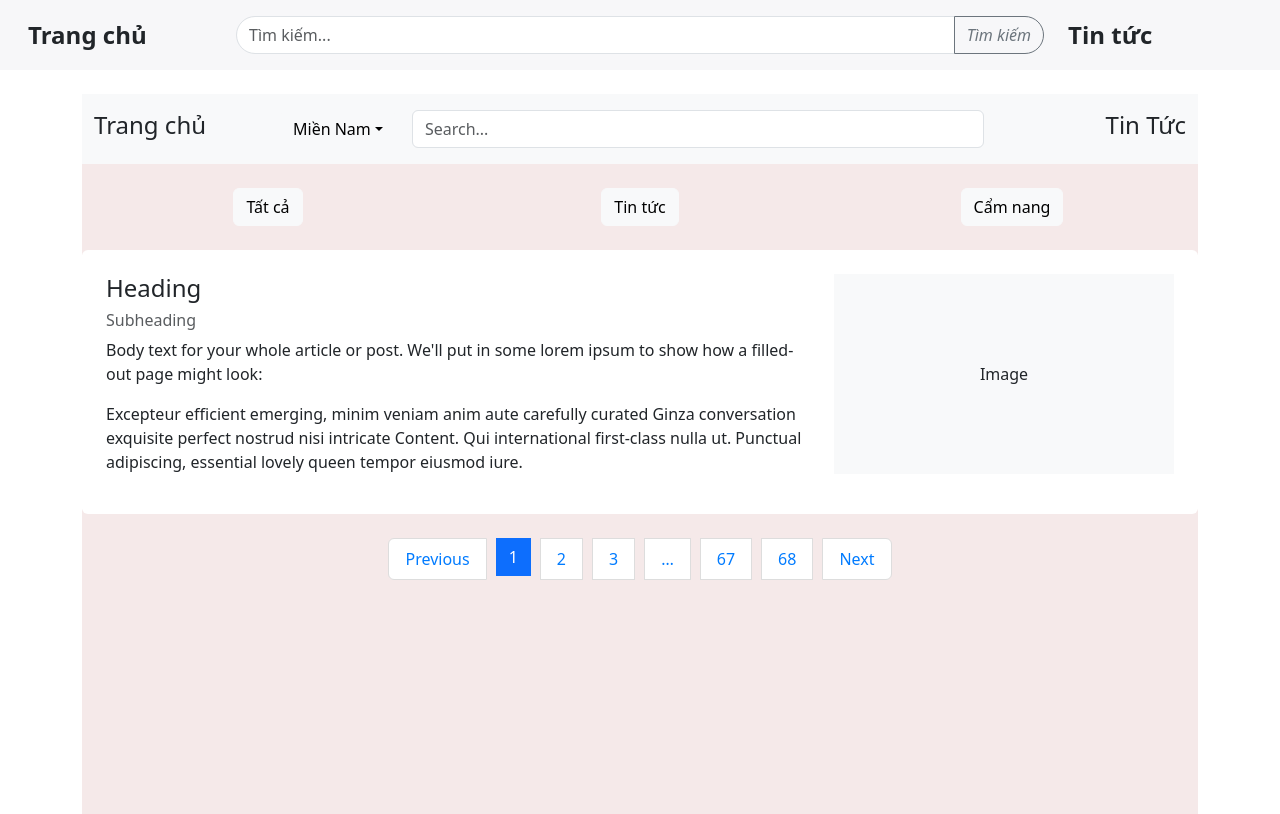
Repository: Minh23122003/qlDuAnPhanMem
Page: /news (app in frontend/)
An editor plug-in stored every save of this project. The page is shown before and after the next save, followed by the edit.
The browser window is 1280 px wide. The pictures show the whole page.
The project was rebuilt for these pictures with package versions that can differ from the ones it lists, and the page was loaded fresh each time. Also part of the build but not shown: frontend/src/components/Home.js, frontend/src/service/WebSocketService.js, frontend/src/components/Notifications.js, frontend/src/layout/Footer.js, frontend/src/configs/Apis.js, frontend/src/components/Relativeparkcard.js, frontend/src/components/Receipt/ReceiptList.css, frontend/src/components/merchandisecabinet.js and 13 more.

Above is the page before, as saved 2024-09-06 16:49:28.

### frontend/src/index.js
import React from 'react';
import ReactDOM from 'react-dom/client';
import './index.css';
import App from './App';
import reportWebVitals from './reportWebVitals';
import { ToastContainer, toast } from 'react-toastify';
import 'react-toastify/dist/ReactToastify.css';
const root = ReactDOM.createRoot(document.getElementById('root'));
root.render(
    <React.StrictMode>
        <App />
        <ToastContainer
            position="top-center"
            autoClose={5000}
            hideProgressBar={false}
            newestOnTop={false}
            closeOnClick
            rtl={false}
            pauseOnFocusLoss
            draggable
            pauseOnHover
            theme="light"
            transition="Bounce"
        />
    </React.StrictMode>,
);

// If you want to start measuring performance in your app, pass a function
// to log results (for example: reportWebVitals(console.log))
// or send to an analytics endpoint. Learn more: https://bit.ly/CRA-vitals
reportWebVitals()

### frontend/src/index.css
body {
  margin: 0;
  font-family: -apple-system, BlinkMacSystemFont, 'Segoe UI', 'Roboto', 'Oxygen',
    'Ubuntu', 'Cantarell', 'Fira Sans', 'Droid Sans', 'Helvetica Neue',
    sans-serif;
  -webkit-font-smoothing: antialiased;
  -moz-osx-font-smoothing: grayscale;
  background-color: #f8d7da;
}

code {
  font-family: source-code-pro, Menlo, Monaco, Consolas, 'Courier New',
    monospace;
}

### frontend/src/App.js
import { BrowserRouter, Route, Routes, Navigate } from 'react-router-dom';
import Home from './components/Home';
import Footer from './layout/Footer';
import Header from './layout/Header';
import 'bootstrap/dist/css/bootstrap.min.css';
import { Container } from 'react-bootstrap';
import Relativeparkcard from './components/Relativeparkcard';
import MerchandiseCabinet from './components/merchandisecabinet';
import Service from './components/Service';
import Notifications from './components/Notifications';
import ReceiptList from './components/Receipt/ReceiptList';
import Login from './components/Login';
import UserContext from './contexts/UserContext';
import UserReducer from './reducers/UserReducer';
import Cookies from 'js-cookie';
import { useReducer } from 'react';
import Feedback from './components/Feedback';
import Survey from './components/Survey';
import News from './components/News';
import ChatApp from './components/ChatApp/ChatApp';

const App = () => {
    let currentUser = null;
    if (Cookies.get('user')) currentUser = JSON.parse(Cookies.get('user'));

    const [user, dispatch] = useReducer(UserReducer, currentUser);

    return (
        <>
            <UserContext.Provider value={[user, dispatch]}>
                <BrowserRouter>
                    {/* {user && <Header />}   */}
                    { <Header />}
                    <Container>
                        <Routes>
                            <Route path="/" element={ <Home /> } />
                            {/* <Route path="/" element={user ? <Home /> : <Navigate to="/login" />} /> */}
                            <Route path="/login" element={<Login />} />
                            <Route path="/news" element={<News/>} />
                            {/* <Route path="/news" element={user ? <Relativeparkcard /> : <Navigate to="/login" />} /> */}
                            <Route path="/Notifications" element={user ? <Notifications /> : <Navigate to="/login" />} />
                            <Route path="/MerchandiseCabinet" element={user ? <MerchandiseCabinet /> : <Navigate to="/login" />} />
                            <Route path="/Service" element={user ? <Service /> : <Navigate to="/login" />} />
                            <Route path="/ReceiptList" element={user ? <ReceiptList /> : <Navigate to="/login" />} />
                            <Route path="/ChatApp" element={user ? <ChatApp /> : <Navigate to="/login" />} />
                            <Route path="/Feedback" element={user ? <Feedback /> : <Navigate to="/login" />} />
                            <Route path="/Survey" element={user ? <Survey /> : <Navigate to="/login" />} />
                        </Routes>
                    </Container>
                    {/* <Footer /> */}
                </BrowserRouter>
            </UserContext.Provider>
        </>
    );
};

export default App;

### frontend/src/layout/Header.js
import React from 'react';
import { Container, Row, Col, Button, InputGroup, FormControl, Dropdown } from 'react-bootstrap';
import './Header.css';

const Header = () => {
    return (
        <header className="p-3 mb-4">
            <Container fluid>
                <Row className="align-items-center justify-content-between">
                    <Col xs={2}>
                        <h4 className="mb-0">Trang chủ</h4>
                    </Col>

                    <Col xs={8}>
                        <InputGroup>
                            <FormControl placeholder="Tìm kiếm..." aria-label="Search" />
                            <Button variant="outline-secondary">
                                <i className="bi bi-search">Tìm kiếm</i>
                            </Button>
                        </InputGroup>
                    </Col>

                    <Col xs={2}>
                        <h4 className="mb-0">Tin tức</h4>
                    </Col>

                </Row>
            </Container>
        </header>
    );
};

export default Header;

### frontend/src/contexts/UserContext.js
import { createContext, useReducer } from 'react'

export default createContext()

### frontend/src/reducers/UserReducer.js
import Cookies from 'js-cookie'

const UserReducer = (currentState, action) => {
  switch (action.type) {
    case 'login': {
      return { ...action.payload }
    }
    case 'logout':
      Cookies.remove('token')
      Cookies.remove('user')
      return null
  }

  return currentState
}

export default UserReducer

### frontend/src/components/News.js
import React from 'react';
import { Container, Row, Col, Button, Pagination, Dropdown, Form } from 'react-bootstrap';

const NewsPage = () => {
    return (
        <div style={{ backgroundColor: '#f5e9e9', minHeight: '100vh' }}>
            <Container fluid className="bg-light py-3">
                <Row className="d-flex justify-content-between align-items-center">
                    <Col md={2}>
                        <h4>Trang chủ</h4>
                    </Col>
                    <Col md={8} className="d-flex align-items-center justify-content-center">
                        <Dropdown>
                            <Dropdown.Toggle variant="light" id="dropdown-basic">
                                Miền Nam
                            </Dropdown.Toggle>
                            <Dropdown.Menu>
                                <Dropdown.Item href="#/mien-bac">Miền Bắc</Dropdown.Item>
                                <Dropdown.Item href="#/mien-trung">Miền Trung</Dropdown.Item>
                                <Dropdown.Item href="#/mien-nam">Miền Nam</Dropdown.Item>
                            </Dropdown.Menu>
                        </Dropdown>
                        <Form.Control type="text" placeholder="Search..." className="mx-3" />
                    </Col>
                    <Col md={2} className="text-end">
                        <h4>Tin Tức</h4>
                    </Col>
                </Row>
            </Container>

            {/* Tabs Section */}
            <Container fluid className="py-4">
                <Row className="text-center">
                    <Col>
                        <Button variant="light">Tất cả</Button>
                    </Col>
                    <Col>
                        <Button variant="light">Tin tức</Button>
                    </Col>
                    <Col>
                        <Button variant="light">Cẩm nang</Button>
                    </Col>
                </Row>
            </Container>

            {/* Content Section */}
            <Container>
                <Row>
                    <Col className="content-box p-4 bg-white rounded">
                        <Row>
                            <Col md={8}>
                                <h4>Heading</h4>
                                <h6 className="text-muted">Subheading</h6>
                                <p>
                                    Body text for your whole article or post. We'll put in some
                                    lorem ipsum to show how a filled-out page might look:
                                </p>
                                <p>
                                    Excepteur efficient emerging, minim veniam anim aute carefully
                                    curated Ginza conversation exquisite perfect nostrud nisi
                                    intricate Content. Qui international first-class nulla ut.
                                    Punctual adipiscing, essential lovely queen tempor eiusmod iure.
                                </p>
                            </Col>
                            <Col md={4}>
                                <div
                                    className="img-placeholder bg-light d-flex align-items-center justify-content-center"
                                    style={{ height: '200px' }}
                                >
                                    <span>Image</span>
                                </div>
                            </Col>
                        </Row>
                    </Col>
                </Row>

                {/* Pagination Section */}
                <Row className="mt-4">
                    <Pagination className="justify-content-center">
                        <Pagination.Prev>Previous</Pagination.Prev>
                        <Pagination.Item active>{1}</Pagination.Item>
                        <Pagination.Item>{2}</Pagination.Item>
                        <Pagination.Item>{3}</Pagination.Item>
                        <Pagination.Ellipsis />
                        <Pagination.Item>{67}</Pagination.Item>
                        <Pagination.Item>{68}</Pagination.Item>
                        <Pagination.Next>Next</Pagination.Next>
                    </Pagination>
                </Row>
            </Container>
        </div>
    );
};

export default NewsPage;

### frontend/src/layout/Header.css
/* Header.css */
header {
  background-color: #f7f7f9;
  padding: 20px 0;
}

header h4 {
  font-weight: bold;
}

header button {
  border-radius: 20px; /* Matches the rounded button style */
}

header .form-control {
  border-radius: 20px 0 0 20px; /* Rounded search bar */
}

header .btn-outline-secondary {
  border-radius: 0 20px 20px 0; /* Rounded search button */
}

header .dropdown-toggle {
  border-radius: 20px;
}

header .mr-2 {
  margin-right: 10px;
}

### frontend/src/components/paginate.css
/* styles.css */

.pagination {
    display: flex;
    justify-content: center;
    list-style: none;
    padding: 0;
}

.pagination li {
    margin: 0 5px;
}

.pagination a {
    display: block;
    padding: 8px 16px;
    border: 1px solid #ddd;
    text-decoration: none;
    color: #007bff;
}

.pagination a:hover {
    background-color: #007bff;
    color: white;
}

.pagination .selected a {
    background-color: #007bff;
    color: white;
    border-color: #007bff;
}

.pagination .disabled a {
    color: #6c757d;
    pointer-events: none;
    cursor: default;
}

Loaded but not shown: frontend/public/index.html (common file); frontend/src/reportWebVitals.js (common file)

After the next save:
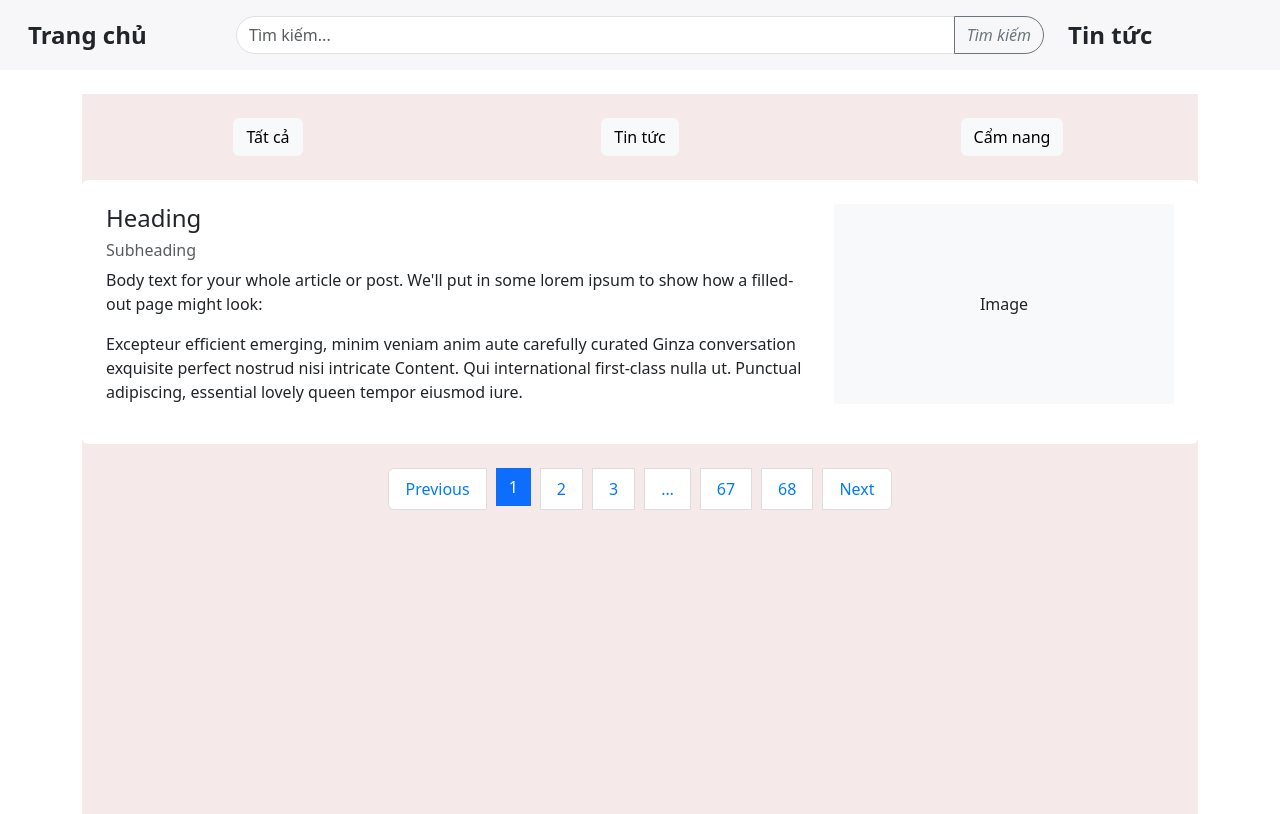
Saved 14 s later.
--- a/frontend/src/components/News.js
+++ b/frontend/src/components/News.js
@@ -4,31 +4,6 @@ import { Container, Row, Col, Button, Pagination, Dropdown, Form } from 'react-b
 const NewsPage = () => {
     return (
         <div style={{ backgroundColor: '#f5e9e9', minHeight: '100vh' }}>
-            <Container fluid className="bg-light py-3">
-                <Row className="d-flex justify-content-between align-items-center">
-                    <Col md={2}>
-                        <h4>Trang chủ</h4>
-                    </Col>
-                    <Col md={8} className="d-flex align-items-center justify-content-center">
-                        <Dropdown>
-                            <Dropdown.Toggle variant="light" id="dropdown-basic">
-                                Miền Nam
-                            </Dropdown.Toggle>
-                            <Dropdown.Menu>
-                                <Dropdown.Item href="#/mien-bac">Miền Bắc</Dropdown.Item>
-                                <Dropdown.Item href="#/mien-trung">Miền Trung</Dropdown.Item>
-                                <Dropdown.Item href="#/mien-nam">Miền Nam</Dropdown.Item>
-                            </Dropdown.Menu>
-                        </Dropdown>
-                        <Form.Control type="text" placeholder="Search..." className="mx-3" />
-                    </Col>
-                    <Col md={2} className="text-end">
-                        <h4>Tin Tức</h4>
-                    </Col>
-                </Row>
-            </Container>
-
-            {/* Tabs Section */}
             <Container fluid className="py-4">
                 <Row className="text-center">
                     <Col>
